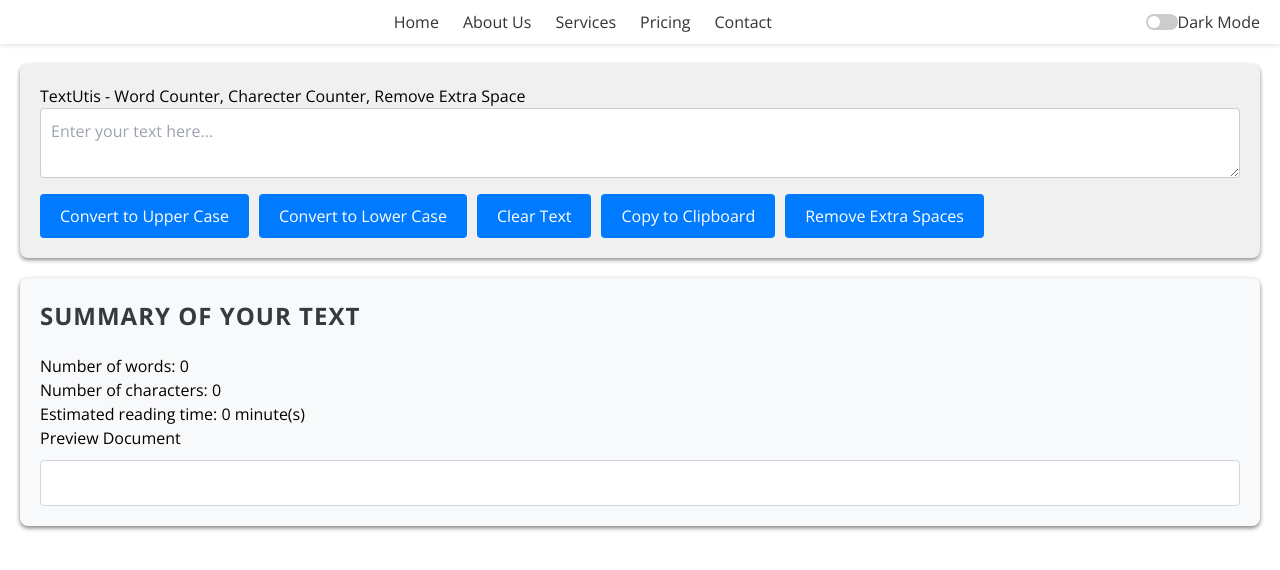
Repository: sriram1224/Text-converter
Page: /
These files come from the project's save history. The page is drawn as it stood at one moment and after the next save; the edit follows.
The browser window is 1280 px wide. The pictures show the whole page.
The project was rebuilt for these pictures with package versions that can differ from the ones it lists, and the page was loaded fresh each time. Also part of the build but not shown: src/App.css.

Above is the page before, as saved 2024-03-27 02:12:21.

After the next save:
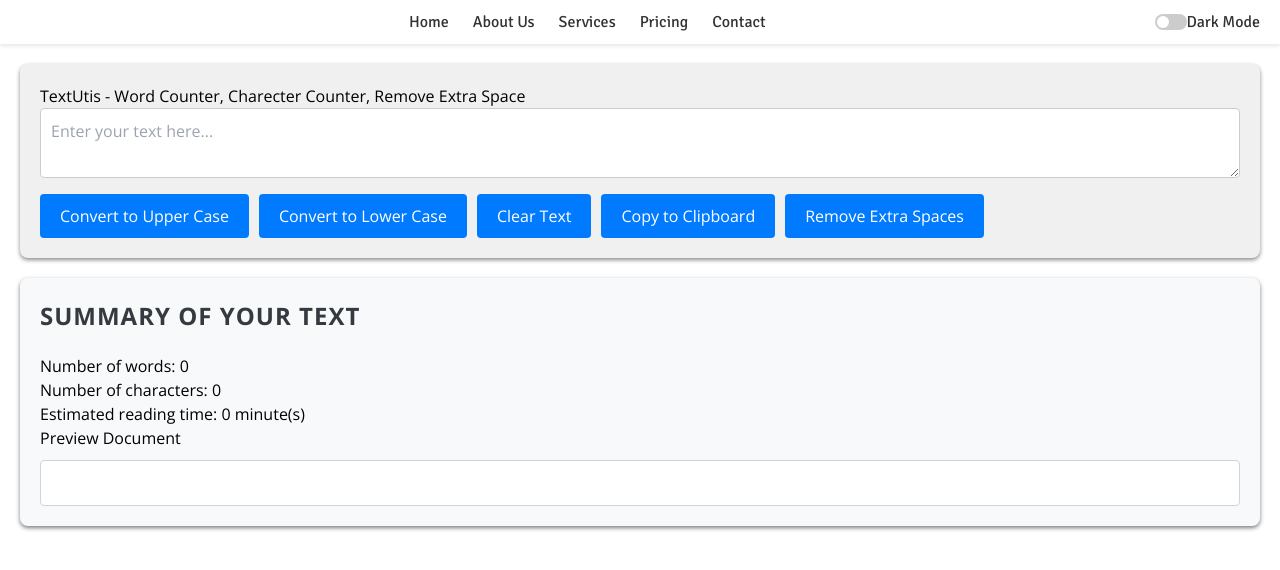
Saved 6 min 42 s later.
--- a/src/Navbar.css
+++ b/src/Navbar.css
@@ -1,6 +1,9 @@
 
 @import url('https://fonts.googleapis.com/css2?family=Open+Sans:ital,wght@0,300..800;1,300..800&family=Signika:wght@300..700&display=swap');
 
+nav{
+    font-family: 'Signika', sans-serif;
+}
 .navbar-container.light {
     background-color: #fff;
     color: #333;

After the save that followed:
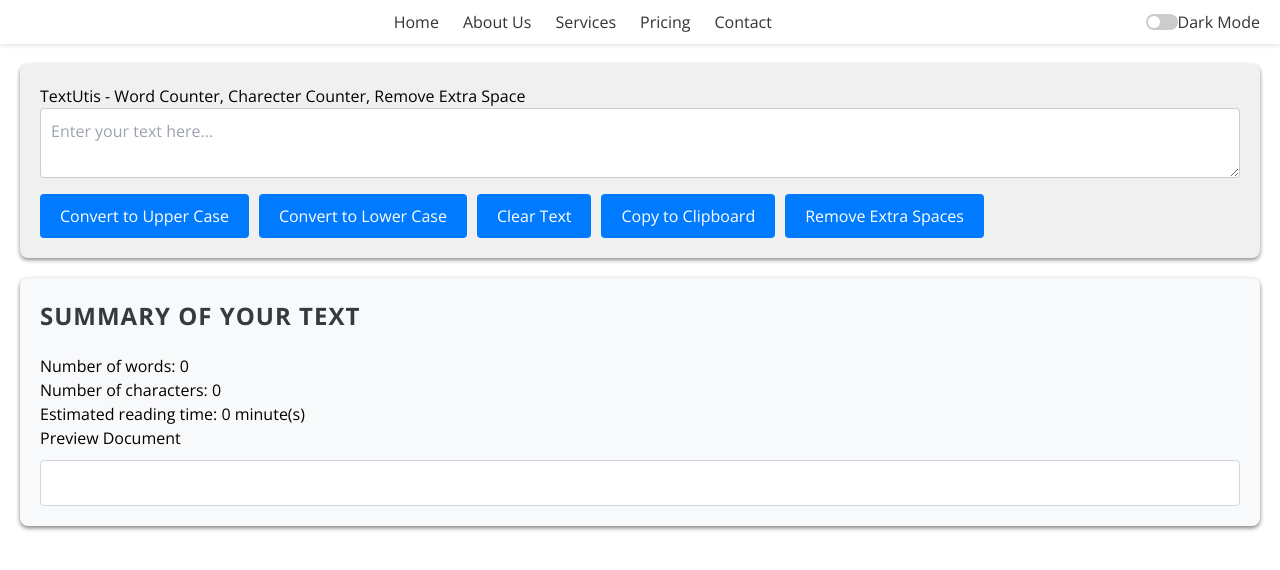
Saved 13 s later.
--- a/src/Navbar.css
+++ b/src/Navbar.css
@@ -2,7 +2,7 @@
 @import url('https://fonts.googleapis.com/css2?family=Open+Sans:ital,wght@0,300..800;1,300..800&family=Signika:wght@300..700&display=swap');
 
 nav{
-    font-family: 'Signika', sans-serif;
+    font-family: "Open Sans", sans-serif;
 }
 .navbar-container.light {
     background-color: #fff;
